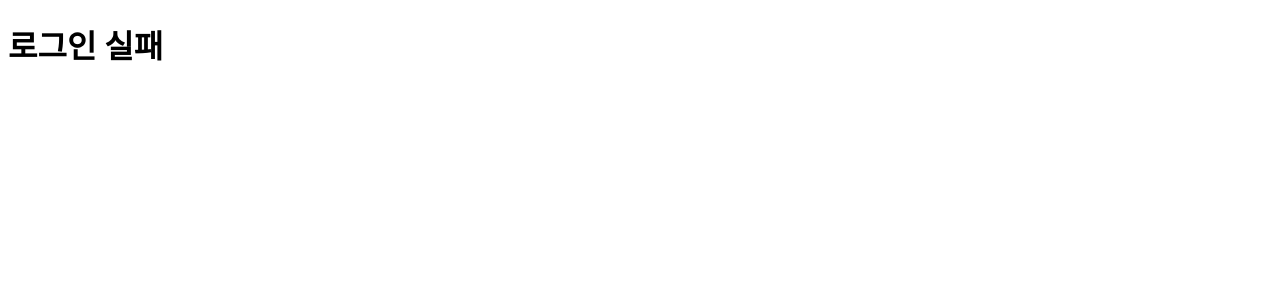
Repository: YooMyeongSeon/JSP_Servlet_Study
Page: http://localhost/web04/Ex_04_LoginFail.jsp
The author's editor kept a copy of each file at every save. The page is drawn from the files as they stood at one save, then again after the next save.
The browser window is 1280 px wide. The pictures show the whole page.
The page is served by Tomcat 9.

Above is the page before, as saved 2022-06-08 05:45:52.

After the next save:
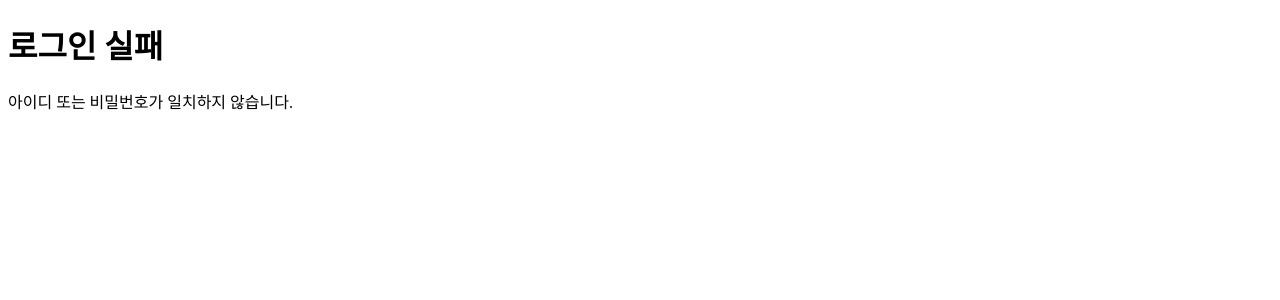
Saved 54 s later.
--- a/web04/WebContent/Ex_04_LoginFail.jsp
+++ b/web04/WebContent/Ex_04_LoginFail.jsp
@@ -8,5 +8,6 @@
 </head>
 <body>
 	<h1>로그인 실패</h1>
+	<p>아이디 또는 비밀번호가 일치하지 않습니다.</p>
 </body>
 </html>
